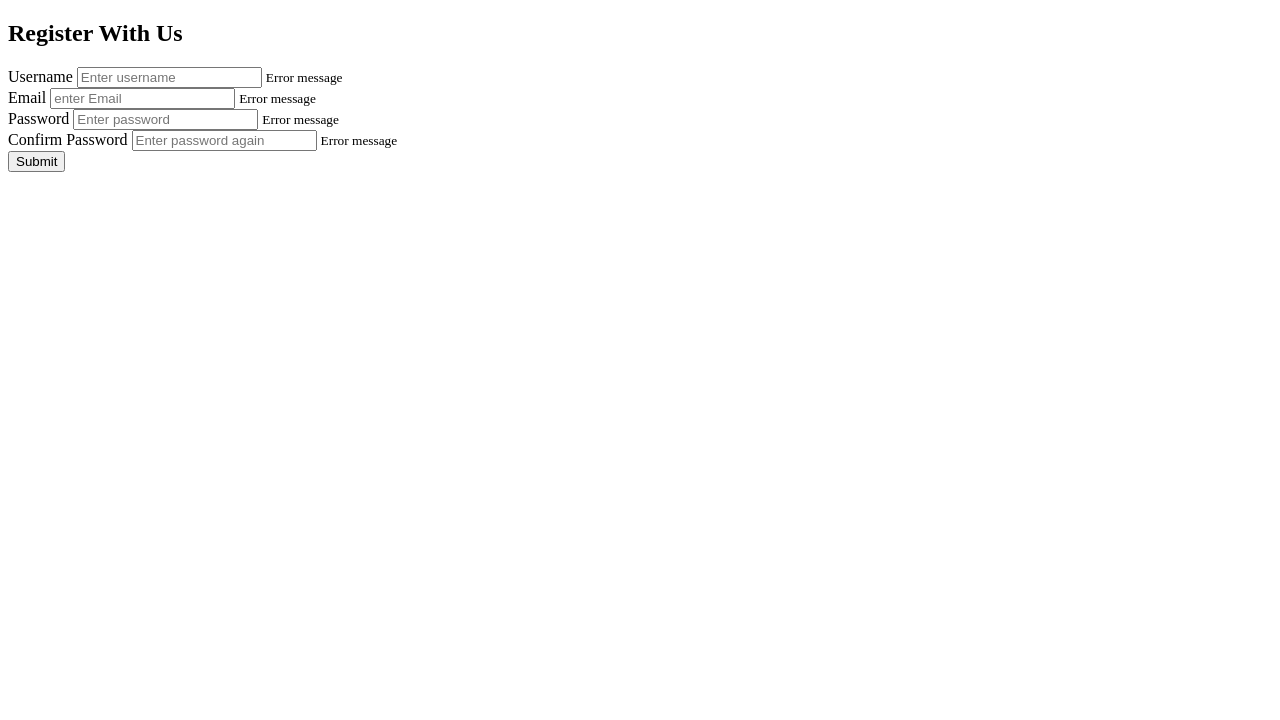
Repository: atko87/Form-Validator-Intro-
Page: index.html
The author's editor kept a copy of each file at every save. The page is drawn from the files as they stood at one save, then again after the next save.
The browser window is 1280 px wide. The pictures show the whole page.

Above is the page before, as saved 2020-03-07 22:53:32.

### index.html
<!DOCTYPE html>
<html lang="en">
  <head>
    <meta charset="UTF-8" />
    <meta name="viewport" content="width=device-width, initial-scale=1.0" />
    <link rel="stylesheet" href="style.css" />
    <title>Form Validator</title>
  </head>
  <body>
    <div class="container">
      <form id="form" class="form">
        <h2>Register With Us</h2>

        <div class="form-control">
          <label for="username">Username</label>
          <input type="text" id="username" placeholder="Enter username" />
          <small>Error message</small>
        </div>
        <div class="form-control">
          <label for="email">Email</label>
          <input type="text" id="email" placeholder="enter Email" />
          <small>Error message</small>
        </div>
        <div class="form-control">
          <label for="password">Password</label>
          <input type="text" id="password" placeholder="Enter password" />
          <small>Error message</small>
        </div>
        <div class="form-control">
          <label for="password2">Confirm Password</label>
          <input
            type="password"
            id="password2"
            placeholder="Enter password again"
          />
          <small>Error message</small>
        </div>
        <button>Submit</button>
      </form>
    </div>

    <script src="script.js"></script>
  </body>
</html>

### style.css
@import url("https://fonts.googleapis.com/css?family=Open+Sans&display=swap");

Loaded but not shown: script.js (no copy from this time; the picture is the same without it)

After the next save:
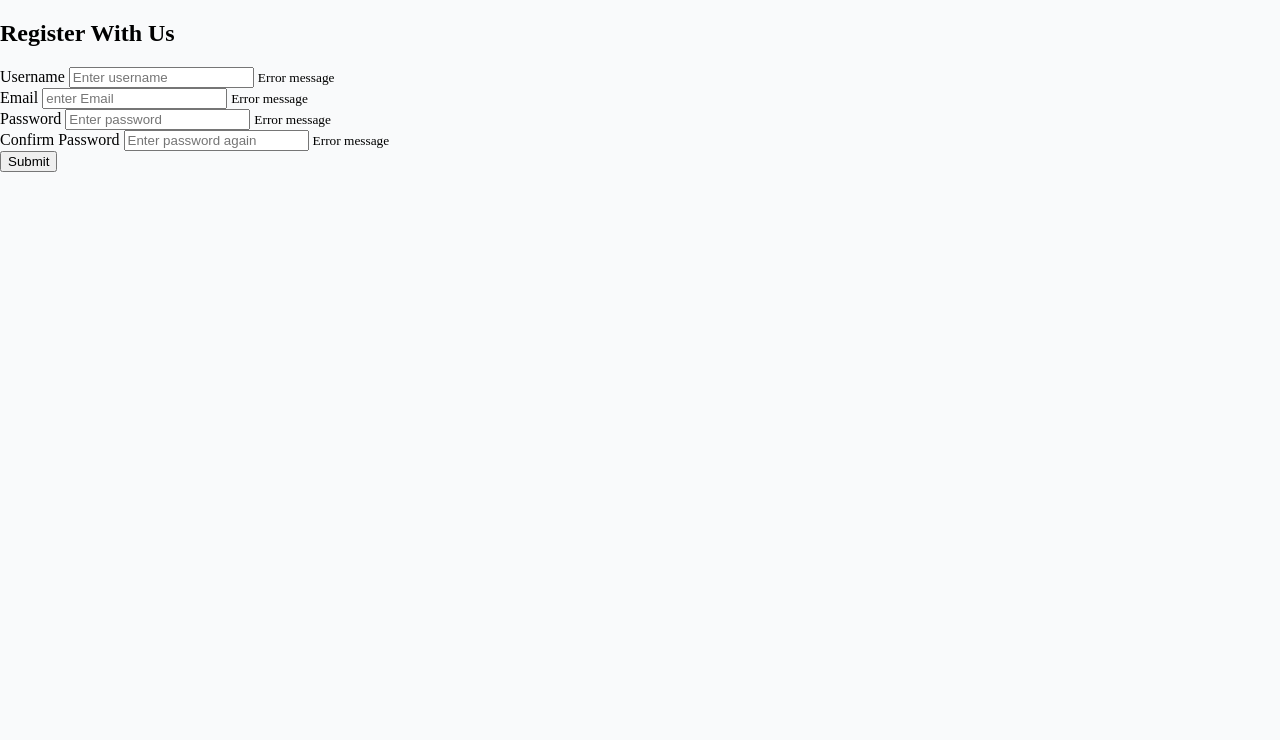
Saved 2 min 38 s later.
--- a/style.css
+++ b/style.css
@@ -1 +1,14 @@
 @import url("https://fonts.googleapis.com/css?family=Open+Sans&display=swap");
+
+* {
+  box-sizing: border-box;
+}
+
+body {
+  background-color: #f9fafb;
+  font-size: "Open Sans", sans-serif;
+  align-items: center;
+  justify-content: center;
+  min-height: 100vh;
+  margin: 0;
+}
